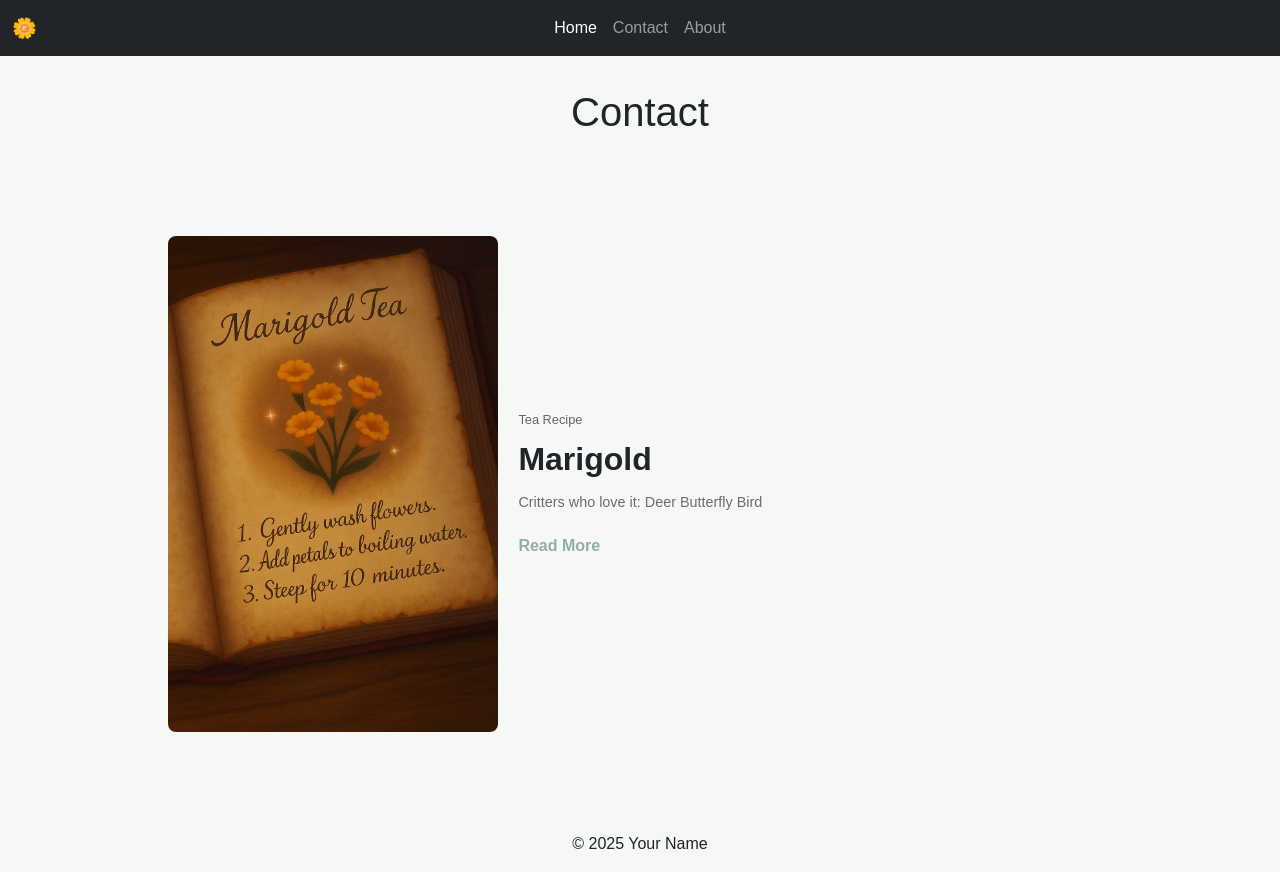
Repository: Brittany-Westlund/WebDesign
Page: FinalProject/contact.html
The author's editor kept a copy of each file at every save. The page is drawn from the files as they stood at one save, then again after the next save.
The browser window is 1280 px wide. The pictures show the whole page.

Above is the page before, as saved 2025-12-02 19:37:12.

After the next save:
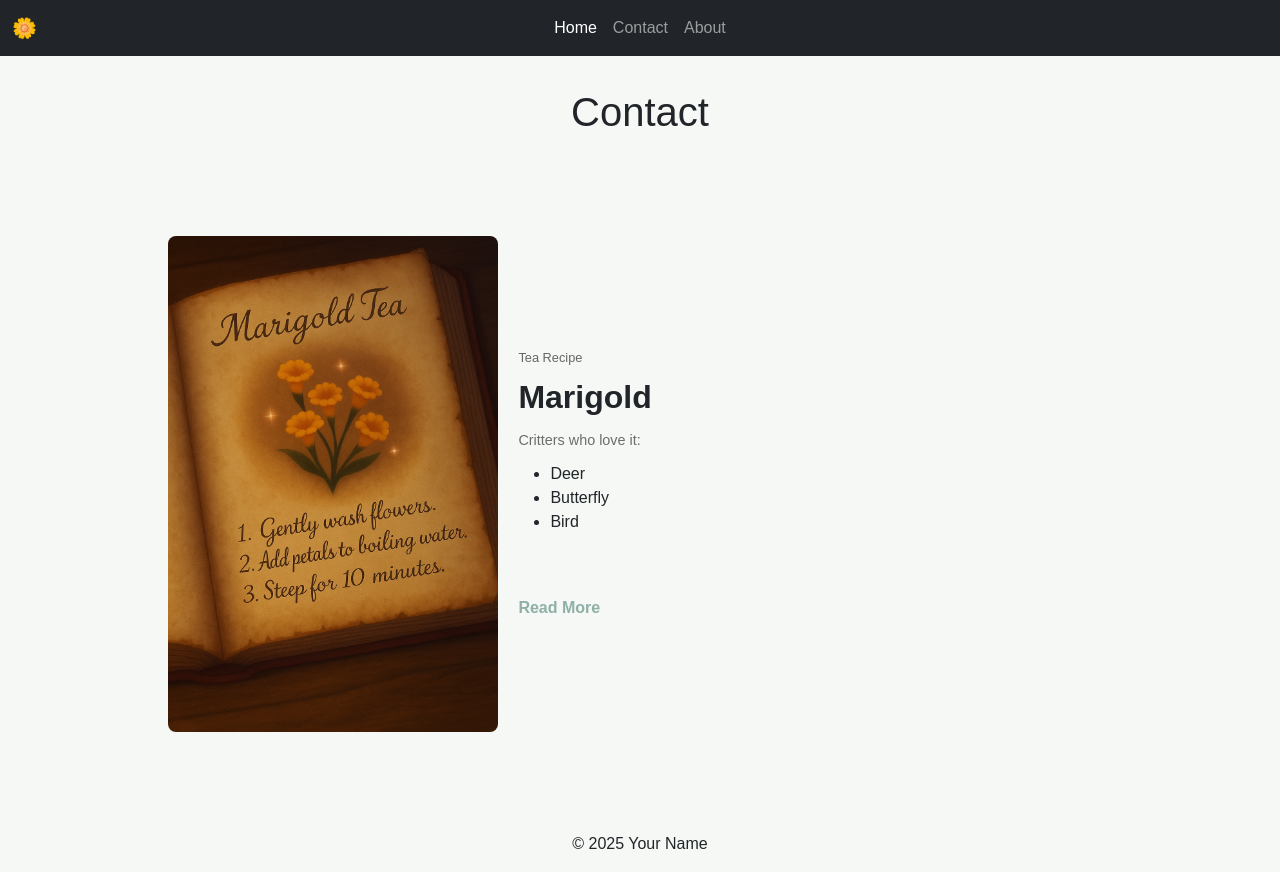
Saved 77 s later.
--- a/FinalProject/contact.html
+++ b/FinalProject/contact.html
@@ -47,9 +47,11 @@
 
         <p class="post-preview">
         Critters who love it:
-        Deer
-        Butterfly
-        Bird
+        <ul>
+        <li>Deer</li>
+        <li>Butterfly</li>
+        <li>Bird</li>
+        </ul>
         </p>
 
         <a href="blog-post.html" class="read-more">Read More</a>
